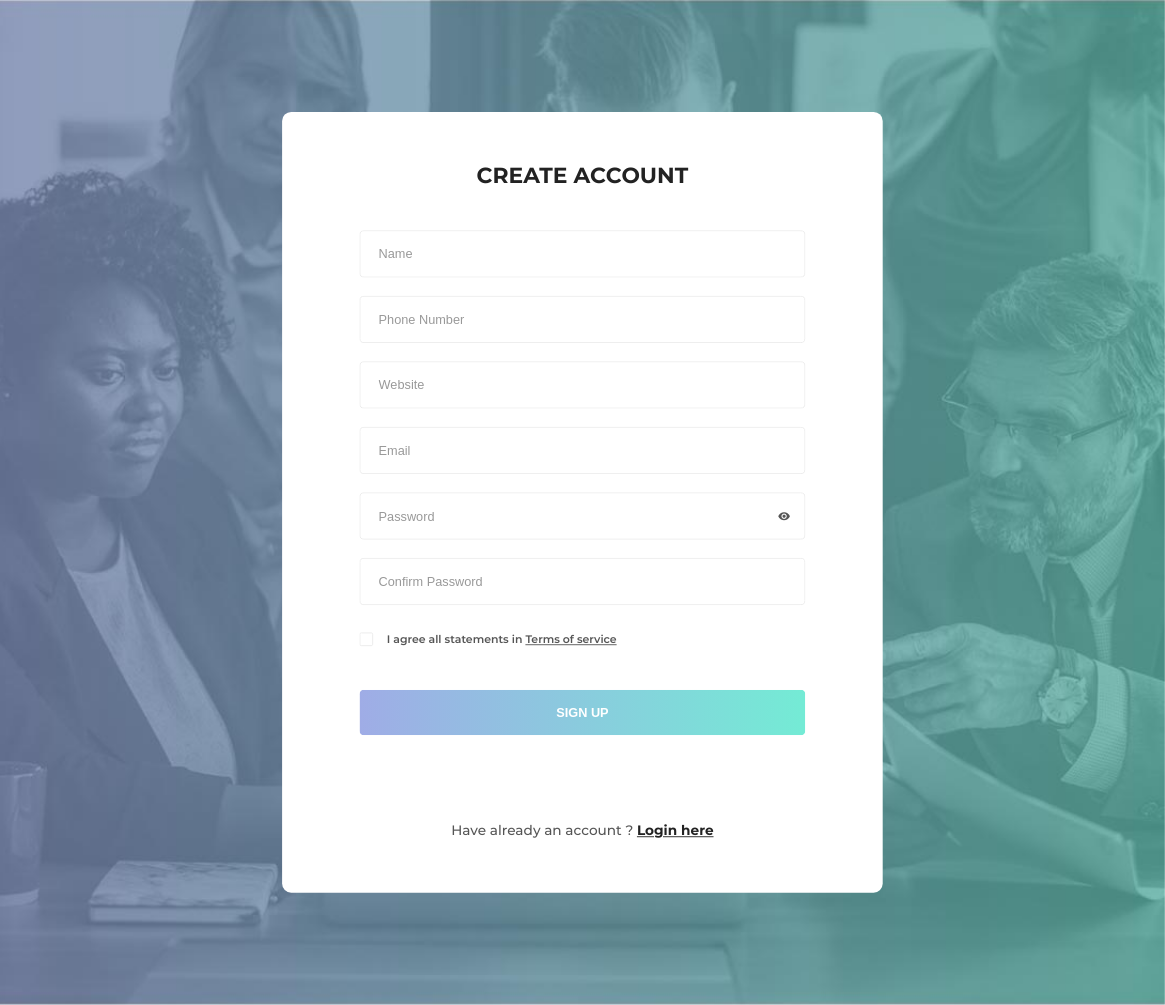
Repository: zainbt/Career_Bridge
Page: static/register/register.html
These files come from the project's save history. The page is drawn as it stood at one moment and after the next save; the edit follows.
The browser window is 1280 px wide. The pictures show the whole page, at 91% of full size.

Above is the page before, as saved 2019-11-18 17:52:40.

### static/register/register.html
<!DOCTYPE html>
<html lang="en">

<head>
    <meta charset="UTF-8">
    <meta name="viewport" content="width=device-width, initial-scale=1.0">
    <meta http-equiv="X-UA-Compatible" content="ie=edge">
    <title>Sign Up Form by Colorlib</title>

    <!-- Font Icon -->
    <link rel="stylesheet" href="fonts/material-icon/css/material-design-iconic-font.min.css">

    <!-- Main css -->
    <link rel="stylesheet" href="css/style.css">
</head>

<body>

    <div class="main">

        <section class="signup">
            <!-- <img src="images/signup-bg.jpg" alt=""> -->
            <div class="container">
                <div class="signup-content">
                    <form method="POST" id="signup-form" class="signup-form">
                        <h2 class="form-title">Create account</h2>
                        <div class="form-group">
                            <input type="text" class="form-input" name="name" id="name" placeholder="Name" />
                        </div>
                        <div class="form-group">
                            <input type="number" class="form-input" name="name" id="name" placeholder="Phone Number" />
                        </div>
                        <div class="form-group">
                            <input type="url" class="form-input" name="name" id="name" placeholder="Website" />
                        </div>
                        <div class="form-group">
                            <input type="email" class="form-input" name="email" id="email" placeholder="Email" />
                        </div>
                        <div class="form-group">
                            <input type="password" class="form-input" name="password" id="password" placeholder="Password" />
                            <span toggle="#password" class="zmdi zmdi-eye field-icon toggle-password"></span>
                        </div>
                        <div class="form-group">
                            <input type="password" class="form-input" name="re_password" id="re_password" placeholder="Confirm Password" />
                        </div>
                        <div class="form-group">
                            <input type="checkbox" name="agree-term" id="agree-term" class="agree-term" />
                            <label for="agree-term" class="label-agree-term"><span><span></span></span>I agree all statements in  <a href="#" class="term-service">Terms of service</a></label>
                        </div>
                        <div class="form-group">
                            <input type="submit" name="submit" id="submit" class="form-submit" value="Sign up" />
                        </div>
                    </form>
                    <p class="loginhere">
                        Have already an account ? <a href="signUp.html" class="loginhere-link">Login here</a>
                    </p>
                </div>
            </div>
        </section>

    </div>

    <!-- JS -->
    <script src="vendor/jquery/jquery.min.js"></script>
    <script src="js/main.js"></script>
</body>
<!-- This templates was made by Colorlib (https://colorlib.com) -->

</html>

### static/register/css/style.css
/* @extend display-flex; */
display-flex, .display-flex, .display-flex-center {
  display: flex;
  display: -webkit-flex; }

/* @extend list-type-ulli; */
list-type-ulli {
  list-style-type: none;
  margin: 0;
  padding: 0; }

/* Montserrat-300 - latin */
@font-face {
  font-family: 'Montserrat';
  font-style: normal;
  font-weight: 300;
  src: url("../fonts/montserrat/Montserrat-Light.ttf");
  /* IE9 Compat Modes */ }
@font-face {
  font-family: 'Montserrat';
  font-style: normal;
  font-weight: 400;
  src: url("../fonts/montserrat/Montserrat-Regular.ttf");
  /* IE9 Compat Modes */ }
@font-face {
  font-family: 'Montserrat';
  font-style: italic;
  font-weight: 400;
  src: url("../fonts/montserrat/Montserrat-Italic.ttf");
  /* IE9 Compat Modes */ }
@font-face {
  font-family: 'Montserrat';
  font-style: normal;
  font-weight: 500;
  src: url("../fonts/montserrat/Montserrat-Medium.ttf");
  /* IE9 Compat Modes */ }
@font-face {
  font-family: 'Montserrat';
  font-style: normal;
  font-weight: 600;
  src: url("../fonts/montserrat/Montserrat-SemiBold.ttf");
  /* IE9 Compat Modes */ }
@font-face {
  font-family: 'Montserrat';
  font-style: normal;
  font-weight: 700;
  src: url("../fonts/montserrat/Montserrat-Bold.ttf");
  /* IE9 Compat Modes */ }
@font-face {
  font-family: 'Montserrat';
  font-style: italic;
  font-weight: 700;
  src: url("../fonts/montserrat/Montserrat-BoldItalic.ttf");
  /* IE9 Compat Modes */ }
@font-face {
  font-family: 'Montserrat';
  font-style: italic;
  font-weight: 900;
  src: url("../fonts/montserrat/montserrat-v12-latin-900.ttf"), url("../fonts/montserrat/montserrat-v12-latin-900.eot") format("embedded-opentype"), url("../fonts/montserrat/montserrat-v12-latin-900.svg") format("woff2"), url("../fonts/montserrat/montserrat-v12-latin-900.woff") format("woff"), url("../fonts/montserrat/montserrat-v12-latin-900.woff2") format("truetype"); }
a:focus, a:active {
  text-decoration: none;
  outline: none;
  transition: all 300ms ease 0s;
  -moz-transition: all 300ms ease 0s;
  -webkit-transition: all 300ms ease 0s;
  -o-transition: all 300ms ease 0s;
  -ms-transition: all 300ms ease 0s; }

input, select, textarea {
  outline: none;
  appearance: unset !important;
  -moz-appearance: unset !important;
  -webkit-appearance: unset !important;
  -o-appearance: unset !important;
  -ms-appearance: unset !important; }

input::-webkit-outer-spin-button, input::-webkit-inner-spin-button {
  appearance: none !important;
  -moz-appearance: none !important;
  -webkit-appearance: none !important;
  -o-appearance: none !important;
  -ms-appearance: none !important;
  margin: 0; }

input:focus, select:focus, textarea:focus {
  outline: none;
  box-shadow: none !important;
  -moz-box-shadow: none !important;
  -webkit-box-shadow: none !important;
  -o-box-shadow: none !important;
  -ms-box-shadow: none !important; }

input[type=checkbox] {
  appearance: checkbox !important;
  -moz-appearance: checkbox !important;
  -webkit-appearance: checkbox !important;
  -o-appearance: checkbox !important;
  -ms-appearance: checkbox !important; }

input[type=radio] {
  appearance: radio !important;
  -moz-appearance: radio !important;
  -webkit-appearance: radio !important;
  -o-appearance: radio !important;
  -ms-appearance: radio !important; }

img {
  max-width: 100%;
  height: auto; }

figure {
  margin: 0; }

p {
  margin-bottom: 0px;
  font-size: 15px;
  color: #777; }

h2 {
  line-height: 1.66;
  margin: 0;
  padding: 0;
  font-weight: 900;
  color: #222;
  font-family: 'Montserrat';
  font-size: 24px;
  text-transform: uppercase;
  text-align: center;
  margin-bottom: 40px; }

.clear {
  clear: both; }

body {
  font-size: 14px;
  line-height: 1.8;
  color: #222;
  font-weight: 400;
  font-family: 'Montserrat';
  background-image: url("../images/signup-bg.jpg");
  background-repeat: no-repeat;
  background-size: cover;
  -moz-background-size: cover;
  -webkit-background-size: cover;
  -o-background-size: cover;
  -ms-background-size: cover;
  background-position: center center;
  padding: 115px 0; }

.container {
  width: 660px;
  position: relative;
  margin: 0 auto; }

.display-flex {
  justify-content: space-between;
  -moz-justify-content: space-between;
  -webkit-justify-content: space-between;
  -o-justify-content: space-between;
  -ms-justify-content: space-between;
  align-items: center;
  -moz-align-items: center;
  -webkit-align-items: center;
  -o-align-items: center;
  -ms-align-items: center; }

.display-flex-center {
  justify-content: center;
  -moz-justify-content: center;
  -webkit-justify-content: center;
  -o-justify-content: center;
  -ms-justify-content: center;
  align-items: center;
  -moz-align-items: center;
  -webkit-align-items: center;
  -o-align-items: center;
  -ms-align-items: center; }

.position-center {
  position: absolute;
  top: 50%;
  left: 50%;
  transform: translate(-50%, -50%);
  -moz-transform: translate(-50%, -50%);
  -webkit-transform: translate(-50%, -50%);
  -o-transform: translate(-50%, -50%);
  -ms-transform: translate(-50%, -50%); }

.signup-content {
  background: #fff;
  border-radius: 10px;
  -moz-border-radius: 10px;
  -webkit-border-radius: 10px;
  -o-border-radius: 10px;
  -ms-border-radius: 10px;
  padding: 50px 85px; }

.form-group {
  overflow: hidden;
  margin-bottom: 20px; }

.form-input {
  width: 100%;
  border: 1px solid #ebebeb;
  border-radius: 5px;
  -moz-border-radius: 5px;
  -webkit-border-radius: 5px;
  -o-border-radius: 5px;
  -ms-border-radius: 5px;
  padding: 17px 20px;
  box-sizing: border-box;
  font-size: 14px;
  font-weight: 500;
  color: #222; }
  .form-input::-webkit-input-placeholder {
    color: #999; }
  .form-input::-moz-placeholder {
    color: #999; }
  .form-input:-ms-input-placeholder {
    color: #999; }
  .form-input:-moz-placeholder {
    color: #999; }
  .form-input::-webkit-input-placeholder {
    font-weight: 500; }
  .form-input::-moz-placeholder {
    font-weight: 500; }
  .form-input:-ms-input-placeholder {
    font-weight: 500; }
  .form-input:-moz-placeholder {
    font-weight: 500; }
  .form-input:focus {
    border: 1px solid transparent;
    -webkit-border-image-source: -webkit-linear-gradient(to right, #9face6, #74ebd5);
    -moz-border-image-source: -moz-linear-gradient(to right, #9face6, #74ebd5);
    -o-border-image-source: -o-linear-gradient(to right, #9face6, #74ebd5);
    border-image-source: linear-gradient(to right, #9face6, #74ebd5);
    -webkit-border-image-slice: 1;
    border-image-slice: 1;
    border-radius: 5px;
    -moz-border-radius: 5px;
    -webkit-border-radius: 5px;
    -o-border-radius: 5px;
    -ms-border-radius: 5px;
    background-origin: border-box;
    background-clip: content-box, border-box; }
    .form-input:focus::-webkit-input-placeholder {
      color: #222; }
    .form-input:focus::-moz-placeholder {
      color: #222; }
    .form-input:focus:-ms-input-placeholder {
      color: #222; }
    .form-input:focus:-moz-placeholder {
      color: #222; }

.form-submit {
  width: 100%;
  border-radius: 5px;
  -moz-border-radius: 5px;
  -webkit-border-radius: 5px;
  -o-border-radius: 5px;
  -ms-border-radius: 5px;
  padding: 17px 20px;
  box-sizing: border-box;
  font-size: 14px;
  font-weight: 700;
  color: #fff;
  text-transform: uppercase;
  border: none;
  background-image: -moz-linear-gradient(to left, #74ebd5, #9face6);
  background-image: -ms-linear-gradient(to left, #74ebd5, #9face6);
  background-image: -o-linear-gradient(to left, #74ebd5, #9face6);
  background-image: -webkit-linear-gradient(to left, #74ebd5, #9face6);
  background-image: linear-gradient(to left, #74ebd5, #9face6); }

input[type=checkbox]:not(old) {
  width: 2em;
  margin: 0;
  padding: 0;
  font-size: 1em;
  display: none; }

input[type=checkbox]:not(old) + label {
  display: inline-block;
  margin-top: 7px;
  margin-bottom: 25px; }

input[type=checkbox]:not(old) + label > span {
  display: inline-block;
  width: 13px;
  height: 13px;
  margin-right: 15px;
  margin-bottom: 3px;
  border: 1px solid #ebebeb;
  border-radius: 2px;
  -moz-border-radius: 2px;
  -webkit-border-radius: 2px;
  -o-border-radius: 2px;
  -ms-border-radius: 2px;
  background: white;
  background-image: -moz-linear-gradient(white, white);
  background-image: -ms-linear-gradient(white, white);
  background-image: -o-linear-gradient(white, white);
  background-image: -webkit-linear-gradient(white, white);
  background-image: linear-gradient(white, white);
  vertical-align: bottom; }

input[type=checkbox]:not(old):checked + label > span {
  background-image: -moz-linear-gradient(white, white);
  background-image: -ms-linear-gradient(white, white);
  background-image: -o-linear-gradient(white, white);
  background-image: -webkit-linear-gradient(white, white);
  background-image: linear-gradient(white, white); }

input[type=checkbox]:not(old):checked + label > span:before {
  content: '\f26b';
  display: block;
  color: #222;
  font-size: 11px;
  line-height: 1.2;
  text-align: center;
  font-family: 'Material-Design-Iconic-Font';
  font-weight: bold; }

.label-agree-term {
  font-size: 12px;
  font-weight: 600;
  color: #555; }

.term-service {
  color: #555; }

.loginhere {
  color: #555;
  font-weight: 500;
  text-align: center;
  margin-top: 91px;
  margin-bottom: 5px; }

.loginhere-link {
  font-weight: 700;
  color: #222; }

.field-icon {
  float: right;
  margin-right: 17px;
  margin-top: -32px;
  position: relative;
  z-index: 2;
  color: #555; }

@media screen and (max-width: 768px) {
  .container {
    width: calc(100% - 40px);
    max-width: 100%; } }
@media screen and (max-width: 480px) {
  .signup-content {
    padding: 50px 25px; } }

/*# sourceMappingURL=style.css.map */

Loaded but not shown: static/register/fonts/material-icon/css/material-design-iconic-font.min.css (library); static/register/vendor/jquery/jquery.min.js (library); static/register/js/main.js (common file)

After the next save:
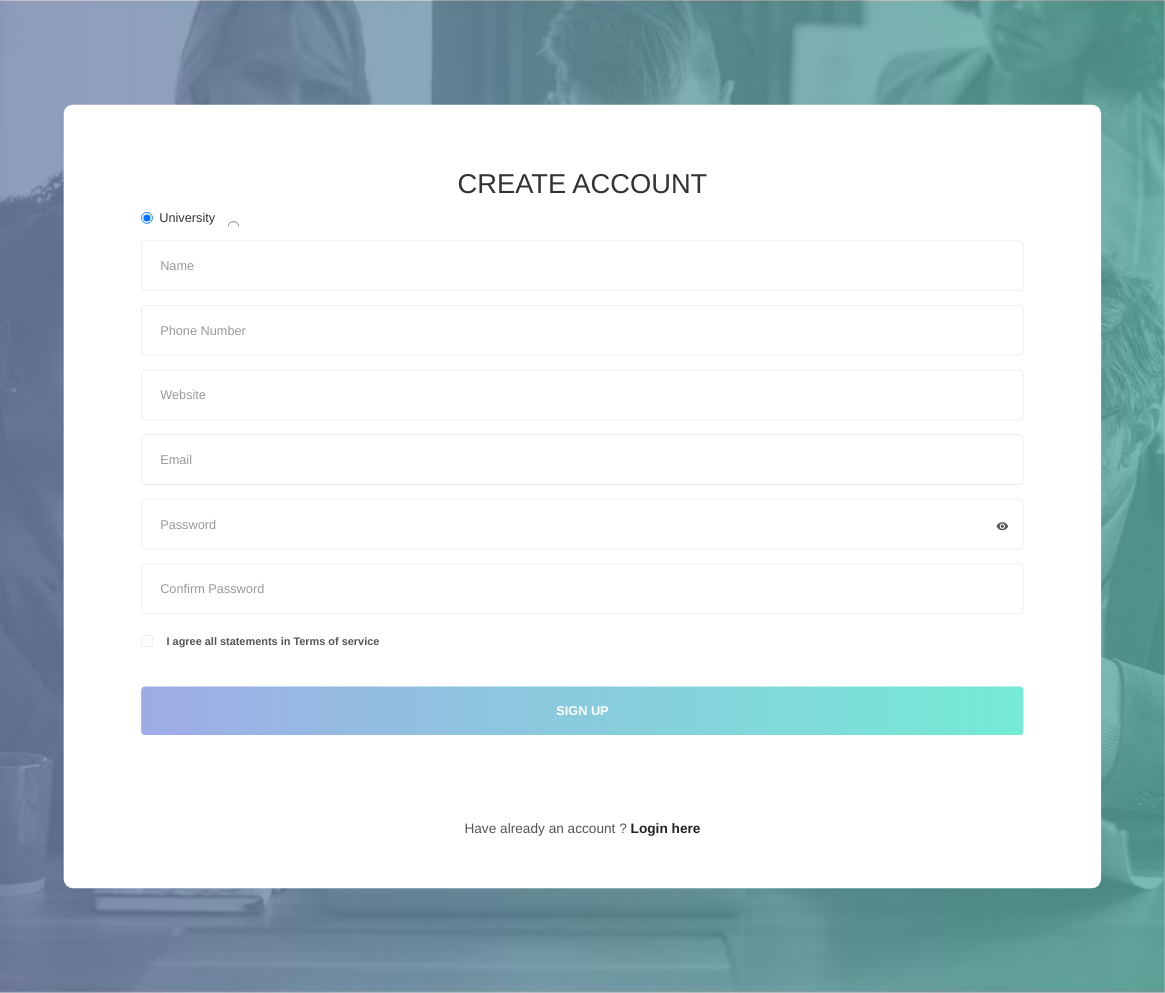
Saved 2 min 26 s later.
--- a/static/register/register.html
+++ b/static/register/register.html
@@ -12,6 +12,9 @@
 
     <!-- Main css -->
     <link rel="stylesheet" href="css/style.css">
+    <link rel="stylesheet" href="https://maxcdn.bootstrapcdn.com/bootstrap/3.4.0/css/bootstrap.min.css">
+    <script src="https://ajax.googleapis.com/ajax/libs/jquery/3.4.1/jquery.min.js"></script>
+    <script src="https://maxcdn.bootstrapcdn.com/bootstrap/3.4.0/js/bootstrap.min.js"></script>
 </head>
 
 <body>
@@ -24,6 +27,15 @@
                 <div class="signup-content">
                     <form method="POST" id="signup-form" class="signup-form">
                         <h2 class="form-title">Create account</h2>
+                        <div class="form-group">
+                            <label class="radio-inline">
+                                    <input type="radio" name="optradio" checked>University
+                                </label>
+                            <label class="radio-inline">
+                                <input type="radio" name="optradio">
+                            </label>
+                        </div>
+
                         <div class="form-group">
                             <input type="text" class="form-input" name="name" id="name" placeholder="Name" />
                         </div>
